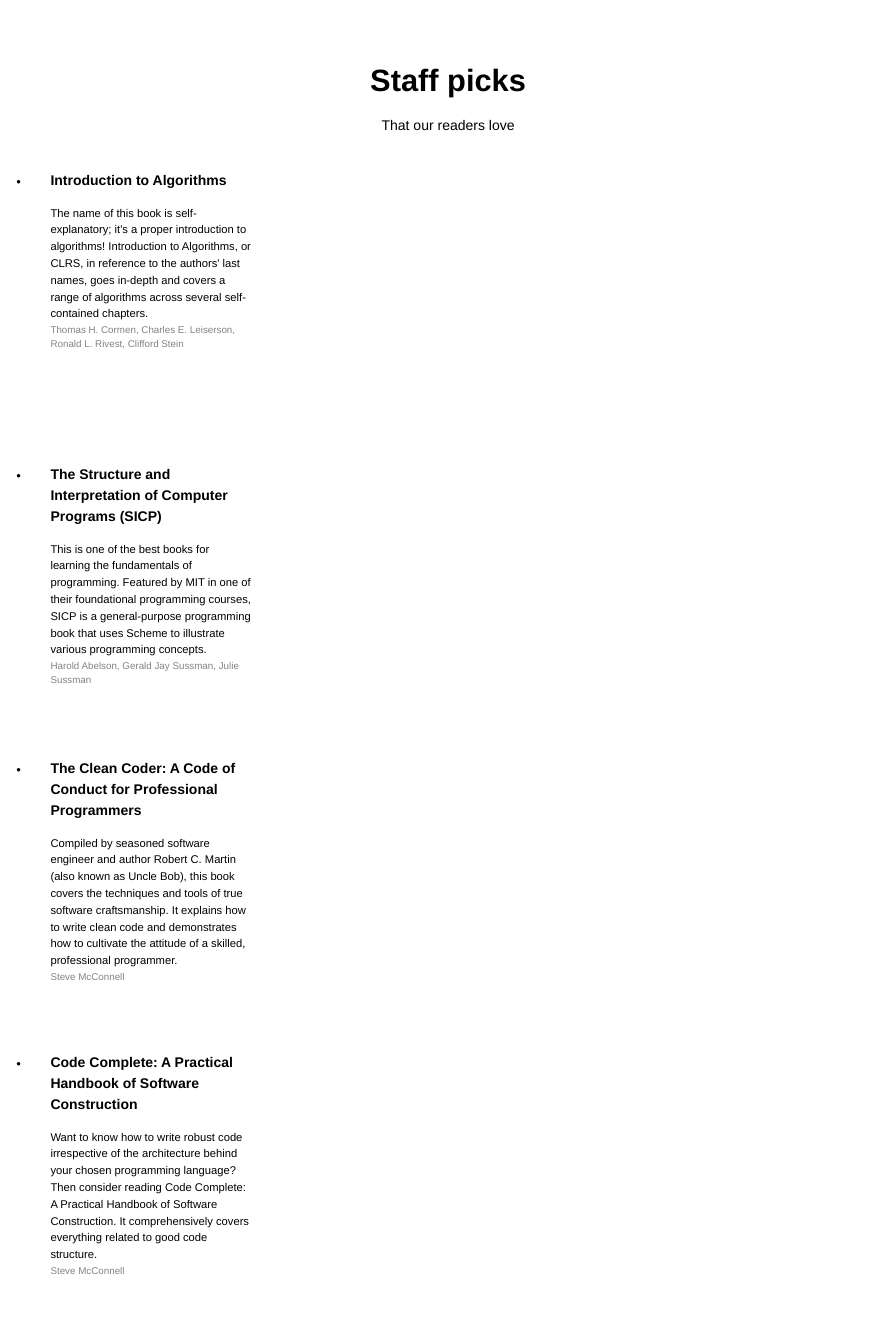
Repository: MWilliams-26/se_project_library
Page: index.html
The author's editor kept a copy of each file at every save. The page is drawn from the files as they stood at one save, then again after the next save.
The browser window is 1280 px wide. The pictures show the part of the page from y = 1555 to 3475 px (the page is 4042 px tall before and 4094 px after), at 70% of full size.

Above is the page before, as saved 2023-04-03 10:48:57.

After the next save:
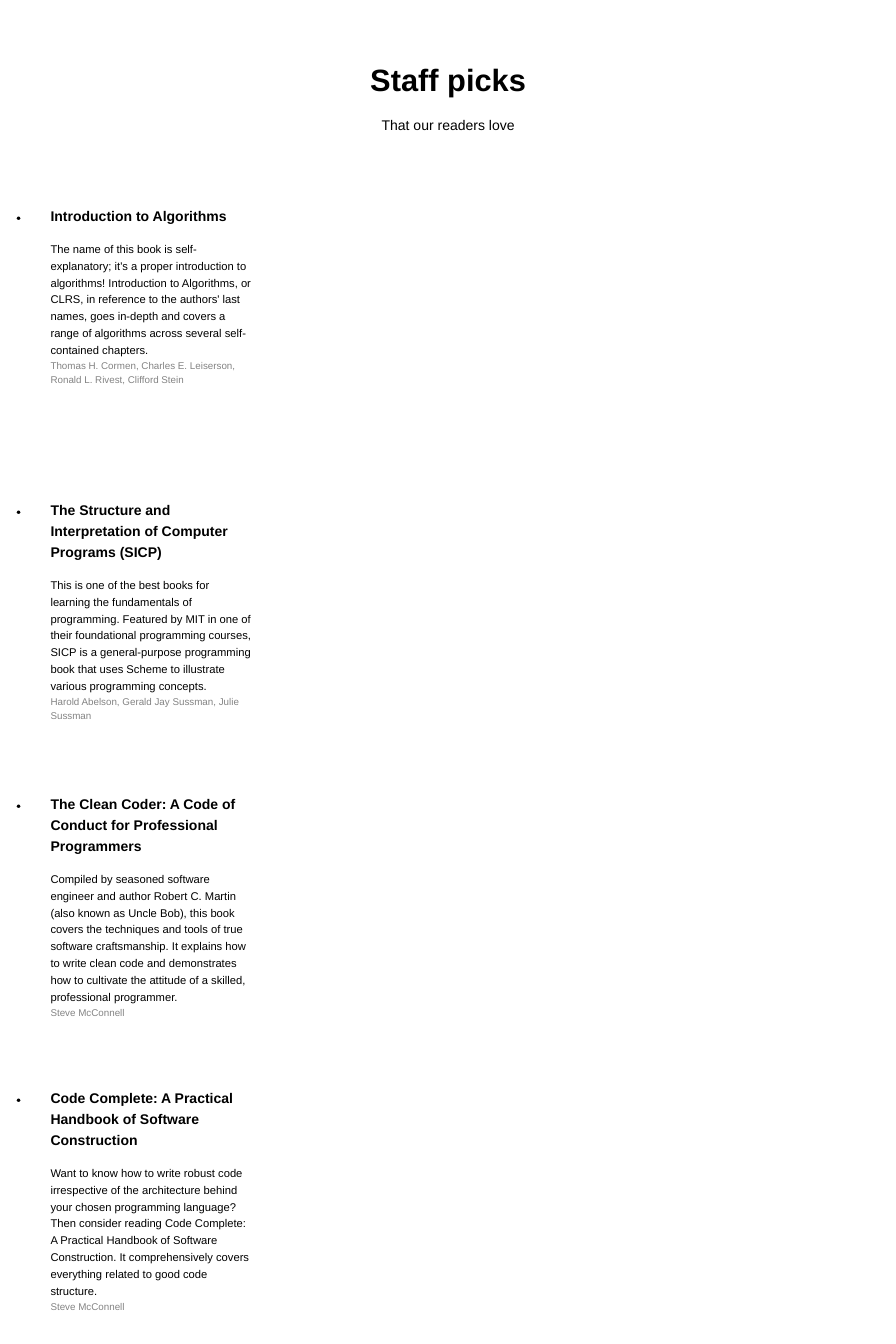
Saved 2 min 20 s later.
--- a/styles/style.css
+++ b/styles/style.css
@@ -245,6 +245,10 @@
   margin: 0;
 }
 
+.staff__picks {
+  max-width: 760px;
+  margin-top: 68px;
+}
 /* Add the CSS rule for your new class here. Make sure to place it before .card: parents should precede their children */
 
 .card {
